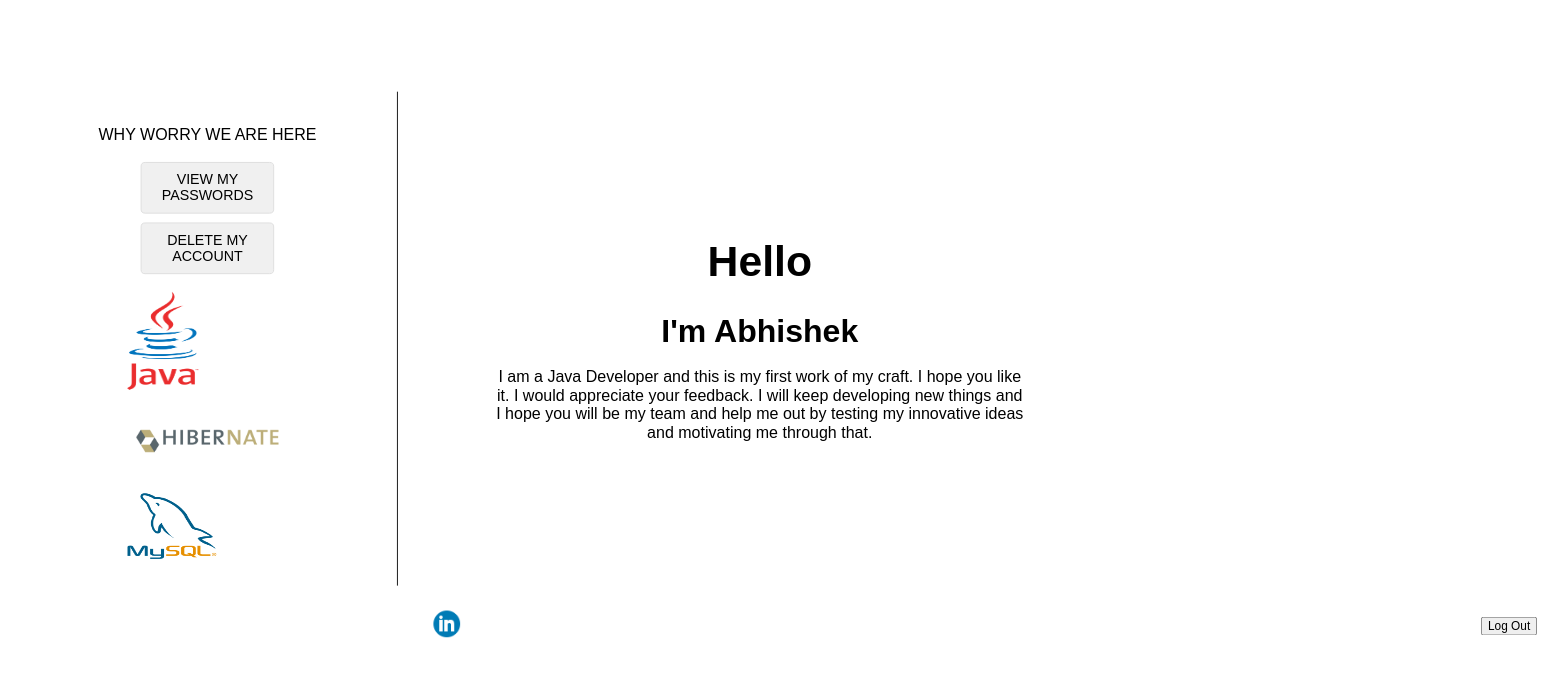
Repository: wizzy-abhishek/Projects
Page: http://localhost/Iam_Doing/Info.jsp
The author's editor kept a copy of each file at every save. The page is drawn from the files as they stood at one save, then again after the next save.
The browser window is 1280 px wide. The page is 1747 px wide, then 1280 px, so the pictures cover 1747 px, including what lies to the right of the window. The pictures show the whole page, at 89% of full size.
The page is served by Tomcat 10. Nobody is signed in. The application's start-up code is not run. Other server files are loaded and not shown.

Above is the page before, as saved 2024-06-27 10:53:45.

### Iam_Doing/src/main/webapp/Info.jsp
<!DOCTYPE html>
<html lang="en">
<head>
    <meta charset="UTF-8">
    <meta name="viewport" content="width=device-width, initial-scale=1.0">
    <title>Abhishek's Page</title>
    <link rel="stylesheet" href="Styles.css">
</head>
<body>
    <div class="container">
        <div class="sidebar">
            <p>WHY WORRY WE ARE HERE</p>
            <form action="View_passwords" method="post">
                <button type="submit" class="btn btn-primary">VIEW MY PASSWORDS</button>
            </form>
            <form action="delete_account" method="post">
                <button type="submit" class="btn">DELETE MY ACCOUNT</button>
            </form>
            <div class="logos">
                <img src="java_logo.png" alt="Java Logo" style="width: 80px; height: 110px;">
                <img src="hibernate_logo.png" alt="Hibernate Logo" style="width: 180px; height: 75px;">
                <img src="mysql.png" alt="Mysql_Logo" style="width: 100px; height: 75px;">
            </div>
        </div>
        <div class="main">
            <h1>Hello</h1>
            <h2>I'm Abhishek</h2>
            <p>I am a Java Developer and this is my first work of my craft. I hope you like it. I would appreciate your feedback. I will keep developing new things and I hope you will be my team and help me out by testing my innovative ideas and motivating me through that.</p>
            <div class="footer">
                <a href="https://www.linkedin.com/in/abhishek-anand-60b29257/" target="_blank">
                    <img src="linkedin_logo.png" alt="LinkedIn Logo" style="width: 30px; height: 30px;">
                </a>
                <form action="Logout" method="post">
                    <button type="submit" class="btn btn-primary">Log Out</button>
                </form>
            </div>
        </div>
    </div>
</body>
</html>

### Iam_Doing/src/main/webapp/Styles.css
body {
    font-family: Arial, sans-serif;
    margin: 0;
    padding: 0;
}

.container {
    display: flex;
    height: 100vh;
    align-items: center;
    justify-content: center;
    text-align: center;
    padding: 20px;
    position: relative;
}

.sidebar {
    flex: 1;
    padding: 20px;
    border-right: 1px solid #000;
    display: flex;
    flex-direction: column;
    align-items: center;
    justify-content: space-between;
}

.sidebar p {
    font-size: 18px;
    margin-bottom: 20px;
}

.sidebar button {
    display: block;
    width: 150px;
    margin-bottom: 10px;
    padding: 10px;
    font-size: 16px;
    cursor: pointer;
    background-color: #f0f0f0;
    border: 1px solid #ddd;
    border-radius: 5px;
}

.logos {
    display: flex;
    flex-direction: column;
    align-items: flex-start;
}

.logos img {
    margin: 10px 0;
    width: 50px; /* Adjust width for other logos if needed */
    height: 50px;
}

.main {
    flex: 2;
    padding: 20px;
}

.main h1 {
    font-size: 48px;
    margin-bottom: 10px;
}

.main h2 {
    font-size: 36px;
    margin-bottom: 20px;
}

.main p {
    font-size: 18px;
    margin-bottom: 30px;
    max-width: 600px;
    margin-left: auto;
    margin-right: auto;
}

.footer {
    display: flex;
    justify-content: space-between;
    align-items: center;
    width: 100%;
    padding: 20px;
    box-sizing: border-box;
    position: absolute;
    bottom: 20px;
}

.footer .center {
    margin: 0 auto;
}

.footer img {
    width: 70px;
    height: 70px;
    cursor: pointer;
    margin-right: 10px;  /* Added spacing between logo and link text */
}

.footer a {
    color: #007bff;
    text-decoration: none;
}

.footer a:hover {
    text-decoration: underline;
}

After the next save:
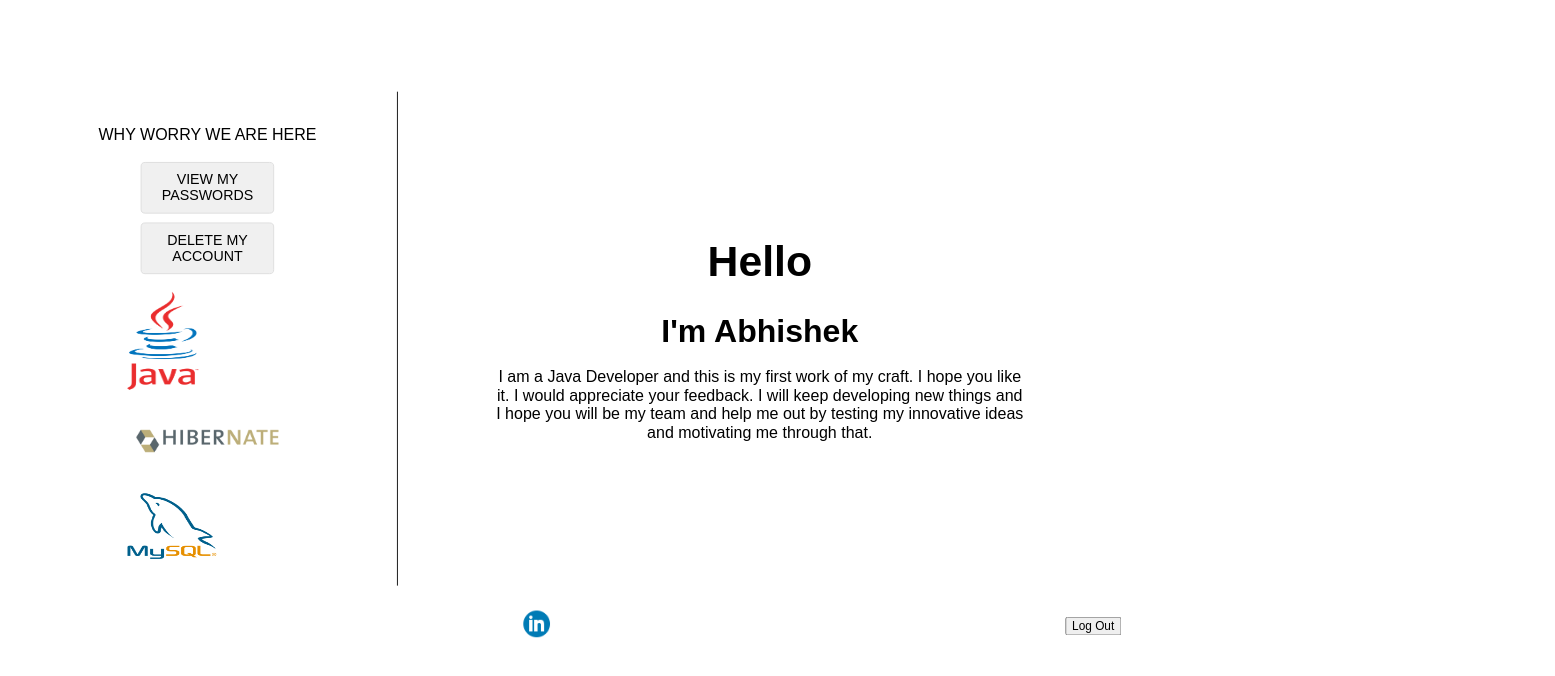
Saved 36 s later.
--- a/Iam_Doing/src/main/webapp/Info.jsp
+++ b/Iam_Doing/src/main/webapp/Info.jsp
@@ -26,14 +26,16 @@
             <h1>Hello</h1>
             <h2>I'm Abhishek</h2>
             <p>I am a Java Developer and this is my first work of my craft. I hope you like it. I would appreciate your feedback. I will keep developing new things and I hope you will be my team and help me out by testing my innovative ideas and motivating me through that.</p>
-            <div class="footer">
+        </div>
+        <div class="footer">
+            <div class="center">
                 <a href="https://www.linkedin.com/in/abhishek-anand-60b29257/" target="_blank">
                     <img src="linkedin_logo.png" alt="LinkedIn Logo" style="width: 30px; height: 30px;">
                 </a>
-                <form action="Logout" method="post">
-                    <button type="submit" class="btn btn-primary">Log Out</button>
-                </form>
             </div>
+            <form action="Logout" method="post">
+                <button type="submit" class="btn btn-primary">Log Out</button>
+            </form>
         </div>
     </div>
 </body>
